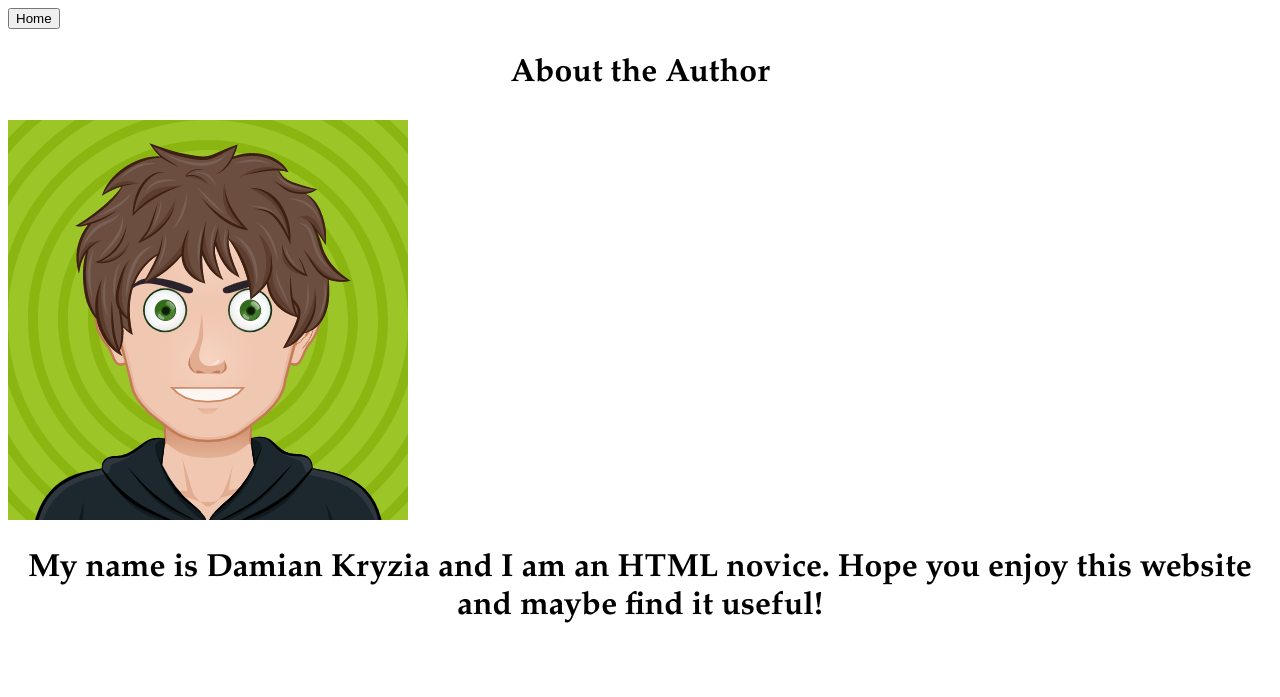
Repository: DamianKryzia/DamianKryzia.github.io
Page: DamianWebsite/aboutme.html
The author's editor kept a record of every edit. The page is drawn from the files as they stood at one moment, then again after the next edit.
The browser window is 1280 px wide. The pictures show the whole page.

Above is the page before.

### DamianWebsite/aboutme.html
<!DOCTYPE html>
<html>
    <head>
        <form action = "homepage.html" method = "get">
            <button type = "submit" class = "home"> Home </button>
        </form>
        <h1 class = "about"> About the Author </h1>
    </head>
    <body>
        <img src = "images/myAvatar.png"/>
        <h1 class = "me">
             My name is Damian Kryzia and I am an HTML novice.
             Hope you enjoy this website and maybe find it useful!
        </h1>
    </body>
    <style>
        .about{
            padding:5px 20px 5px 20px;
            text-align:center;
            font-family:"Palatino Linotype";
        }
        .me{
            padding:5px 20px 5px 20px;
            text-align:center;
            font-family:"Palatino Linotype";
        }
    </style>
</html>

After the next edit:
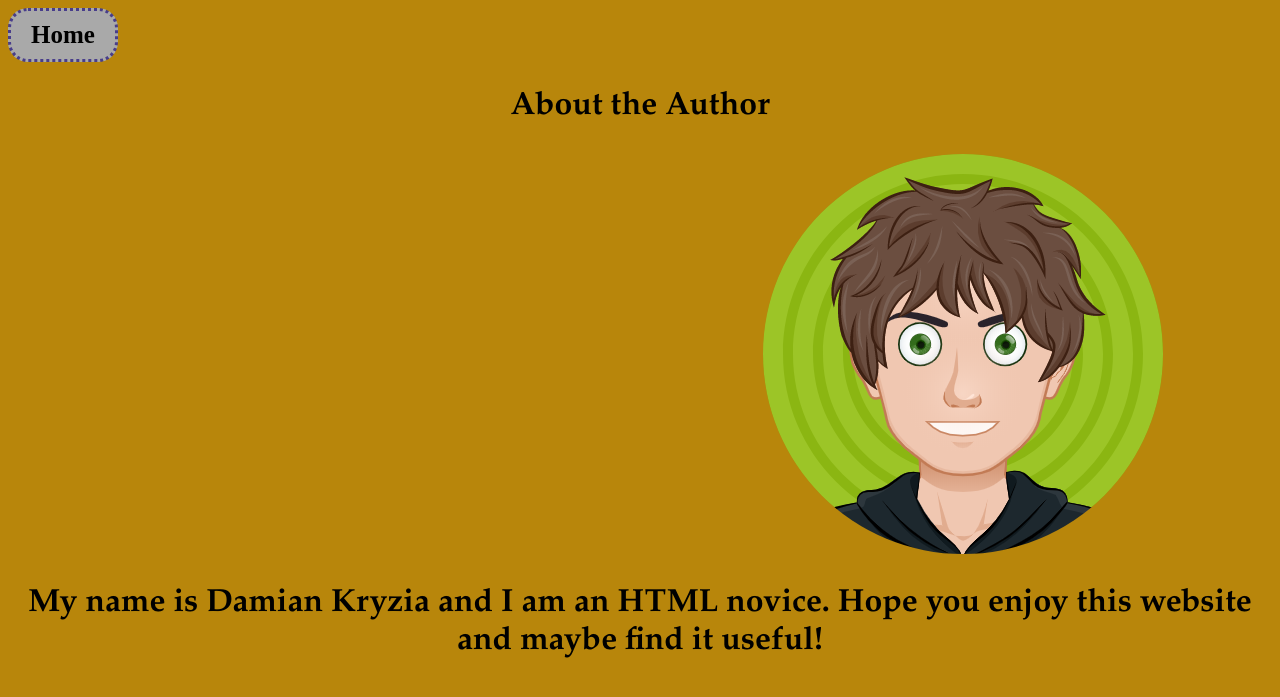
The edit:
--- a/DamianWebsite/aboutme.html
+++ b/DamianWebsite/aboutme.html
@@ -24,5 +24,24 @@
             text-align:center;
             font-family:"Palatino Linotype";
         }
+        img{
+            padding:1px 5px 1px 5px;
+            border-radius: 50%;
+            margin-left:750px;
+        }
+        html{
+            background-color:#B8860B;
+        }
+        .home{
+            margin-left:0px;
+            padding:10px 20px 10px 20px;
+            font-family:"Times New Roman";
+            font-weight:bold;
+            font-size:25px;
+            background-color:#A9A9A9;
+            border-radius:20px;
+            border:dotted;
+            border-color:#483D8B;
+        }
     </style>
 </html>
